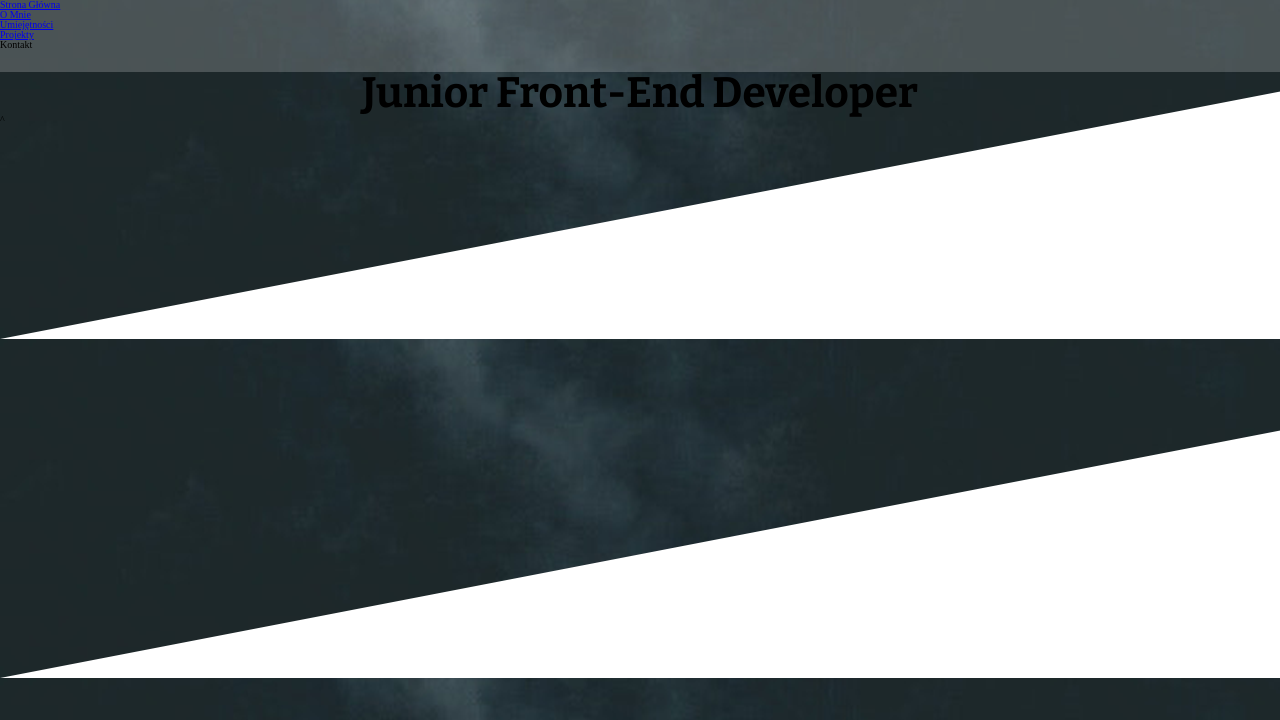
Repository: Maxs777/wizytowka
Page: index.html
These files come from the project's save history. The page is drawn as it stood at one moment and after a run of saves; the edit follows.
The browser window is 1280 px wide. The pictures show the whole page.

Above is the page before, as saved 2019-03-09 21:49:05.

### index.html
<!DOCTYPE html>
<html lang="pl">
<head>
    <meta charset="UTF-8">
    <meta name="viewport" content="width=device-width, initial-scale=1.0">
    <meta http-equiv="X-UA-Compatible" content="ie=edge">
    <link rel="stylesheet" href="_css/style.css">
    <title>Strona-wizytówka</title>
    <meta name="description" content="Jest to moja pierwsza strona-wizytówka">
    <meta name="author" content="Maksymilian Suchocki">
    <link href="https://fonts.googleapis.com/css?family=Bitter:400i,700&amp;subset=latin-ext" rel="stylesheet">
    <link rel="stylesheet" href="https://use.fontawesome.com/releases/v5.7.2/css/all.css"
        integrity="sha384-fnmOCqbTlWIlj8LyTjo7mOUStjsKC4pOpQbqyi7RrhN7udi9RwhKkMHpvLbHG9Sr" crossorigin="anonymous">


</head>
<body>
   <div class="container">
       <header>
        <nav>
            <ul>
                <li><a href="#header">Strona Główna</a></li>
                <li><a href="#section1">O Mnie</a></li>
                <li><a href="#section2">Umiejętności</a></li>
                <li><a href="#section3">Projekty</a></li>
                <li><a href="#section4"></a>Kontakt</li>
            </ul>
        </nav>
           <h1>Junior Front-End Developer</h1>
           <div class="wrapper">^</div>
        </header>
       <section id="section1" class="aboutme">
           <article class="aboutme"></article>
           <article class="aboutme"></article>
       </section>
       <section id="section2" class="skills"></section>
       <section id="section3" class="project"></section>
       <section id="section4" class="contact"></section>
       <footer></footer>
   </div>
</body>
</html>

### _css/style.css
@import url('reset.css');

:root{
    /* -----------------------------fonts */
    font-size: 62.5%;
    /* font-family: 'Bitter', serif; */

    /*---------------------------- colors */
    --dark-blue-color: #2C3E50;
    --red-color: #E74C3C;
    --white-color: #ECF0F1;
    --main-blue: #3498DB;
    --second-blue: #2980B9;
    /* ---------------------------------- */
}

*,
*::after,
*::before{
    box-sizing: border-box;
}

h1, h2{
    font-family: 'Bitter',
    serif;
}

h1{
    font-size: 4.25rem;
    font-weight: bold;
    text-align: center;
}

nav{
    background-color: rgba(255, 255, 255, .2);
    height: 10vh;
    position: sticky;
    text-decoration: none;


}

.hide{
    position: absolute;
    clip:rect(0px 0px 0px 0px);
    *clip: rect(0 0 0 0);
}

header{
    height: 100vh;
    width: 100vw;
    background: url(../_assets/_img/background.jpg) center / cover;
    background: url(../_assets/_img/background1.png)
    /* overflow: hidden; */
}

Loaded but not shown: _css/reset.css (common file)

After the next 3 saves:
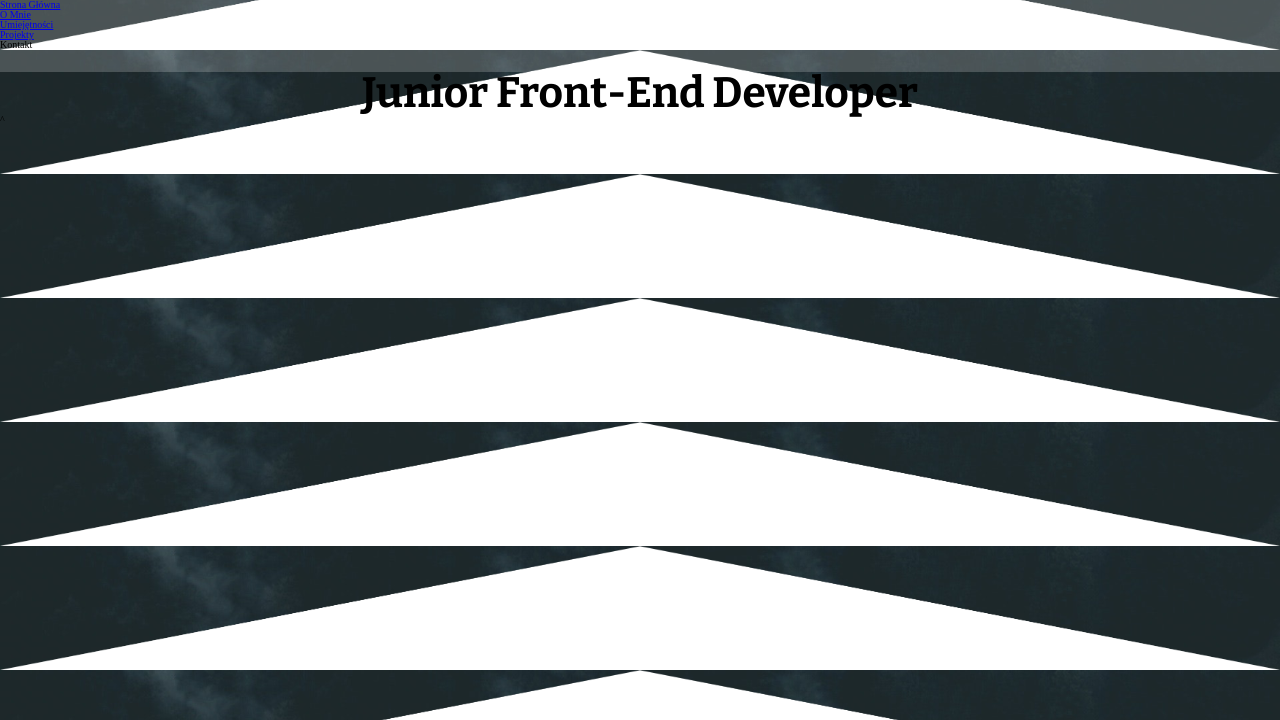
The 3 saves are shown as one change because they came seconds apart.
The last was saved 10 s later.
--- a/_css/style.css
+++ b/_css/style.css
@@ -50,6 +50,6 @@ header{
     height: 100vh;
     width: 100vw;
     background: url(../_assets/_img/background.jpg) center / cover;
-    background: url(../_assets/_img/background1.png)
+    background: url(../_assets/_img/background1.png) center / contain;
     /* overflow: hidden; */
 }
